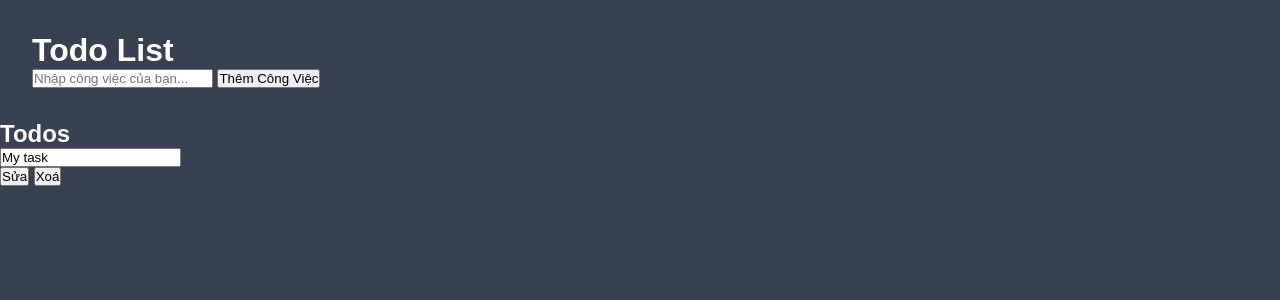
Repository: ntheanh/Todo-List
Page: index.html
An editor plug-in stored every save of this project. The page is shown before and after the next save, followed by the edit.
The browser window is 1280 px wide. The pictures show the whole page.
The style sheet was rebuilt from its Sass, Less or Tailwind sources for each picture, by a compiler version that may differ from the author's.

Above is the page before, as saved 2023-03-15 22:32:38.

After the next save:
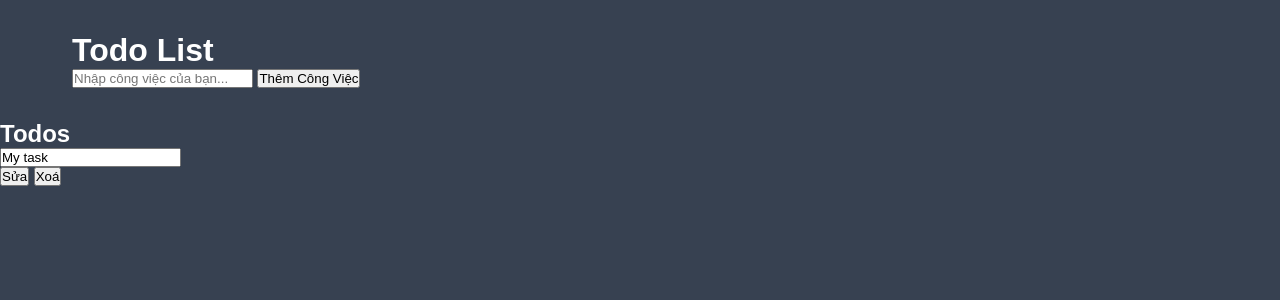
Saved 44 s later.
--- a/style.scss
+++ b/style.scss
@@ -25,4 +25,7 @@ body {
 
 header {
   padding: 2rem;
+  margin: 0 auto;
+  max-width: 1200px;
+  width: 100%;
 }
